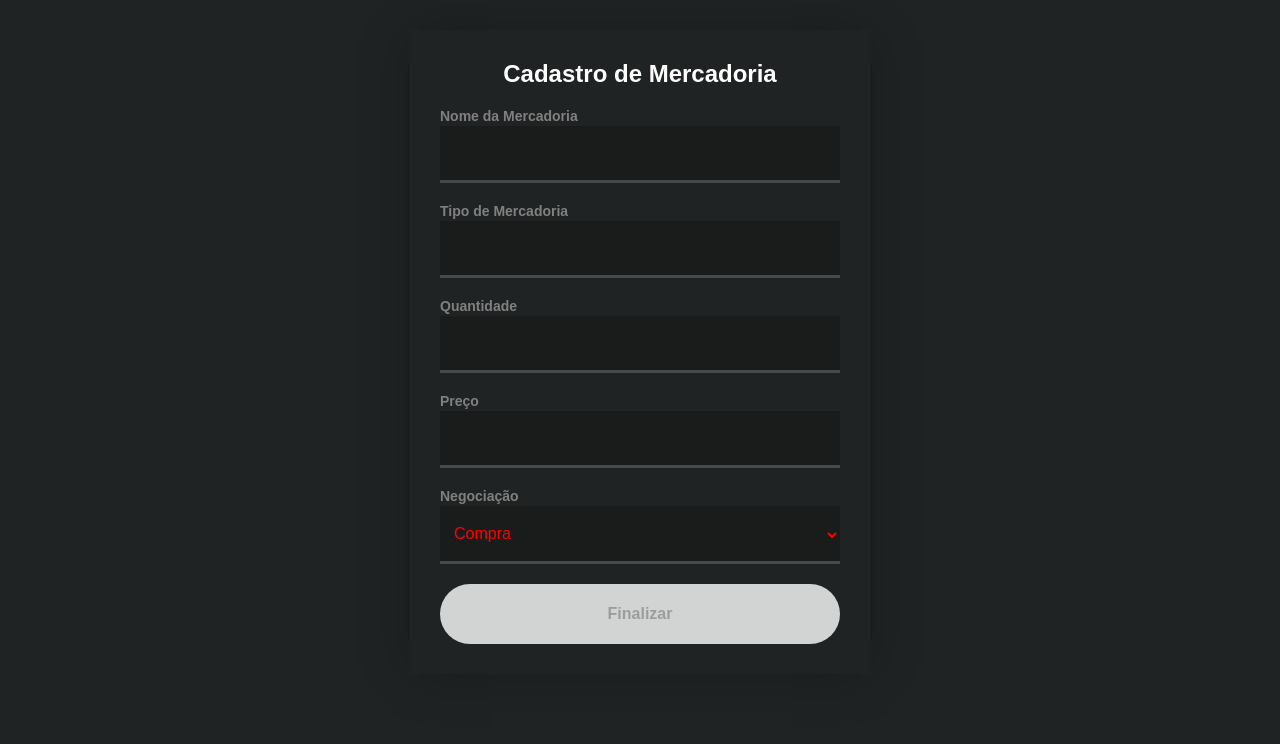
Repository: felipedischer/valemobi
Page: http://localhost/Valemobi/
An editor plug-in stored every save of this project. The page is shown before and after the next save, followed by the edit.
The browser window is 1280 px wide. The pictures show the whole page.
The page is served by Tomcat 9.

Above is the page before, as saved 2016-09-28 04:10:38.

After the next save:
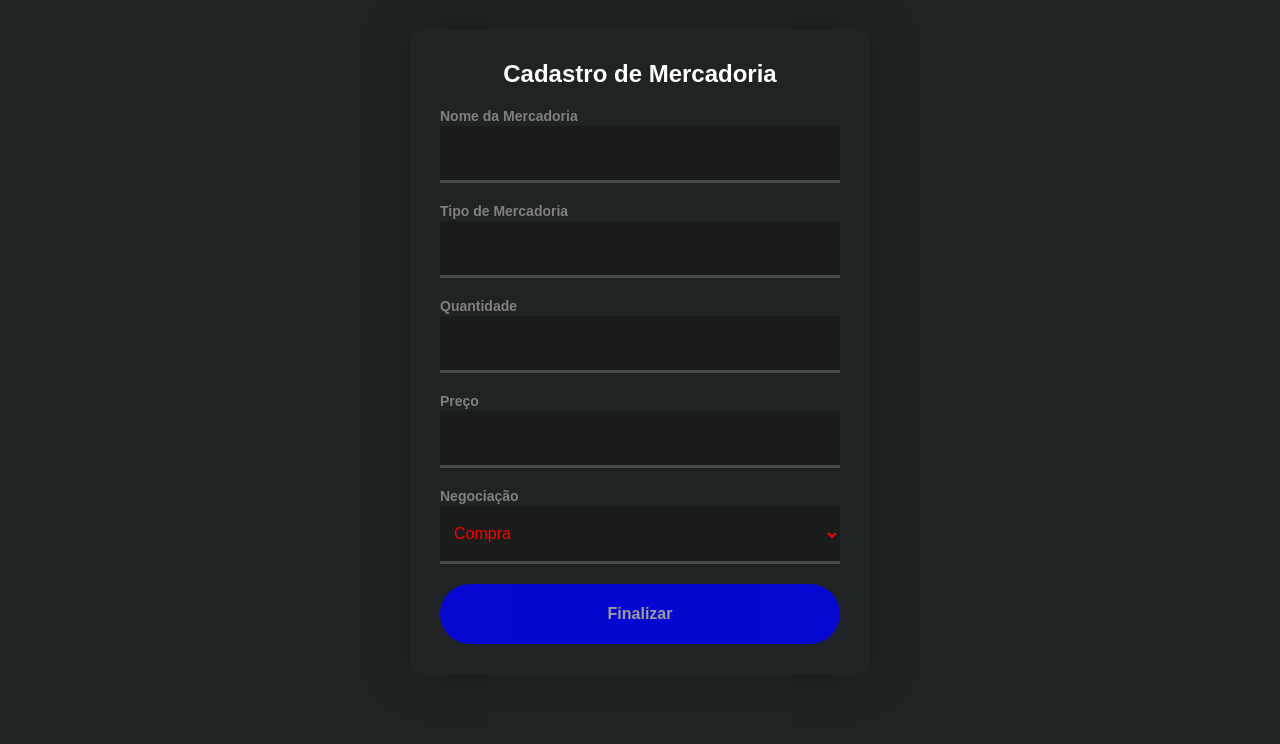
Saved 62 s later.
--- a/Valemobi/WebContent/estilo/css/estilo.css
+++ b/Valemobi/WebContent/estilo/css/estilo.css
@@ -81,12 +81,12 @@
 	border: none;
 	font-weight: bold;
 	font-size: 16px;
-	background: white;
+	background: blue;
 	opacity: 0.8;
 	transition: all 1s cubic-bezier(0.19,1,0.22,1);
 }
 .btn:hover{
-	opacity: 40;
+	opacity: 1;
 
 }
 form > .btn{

After the save that followed:
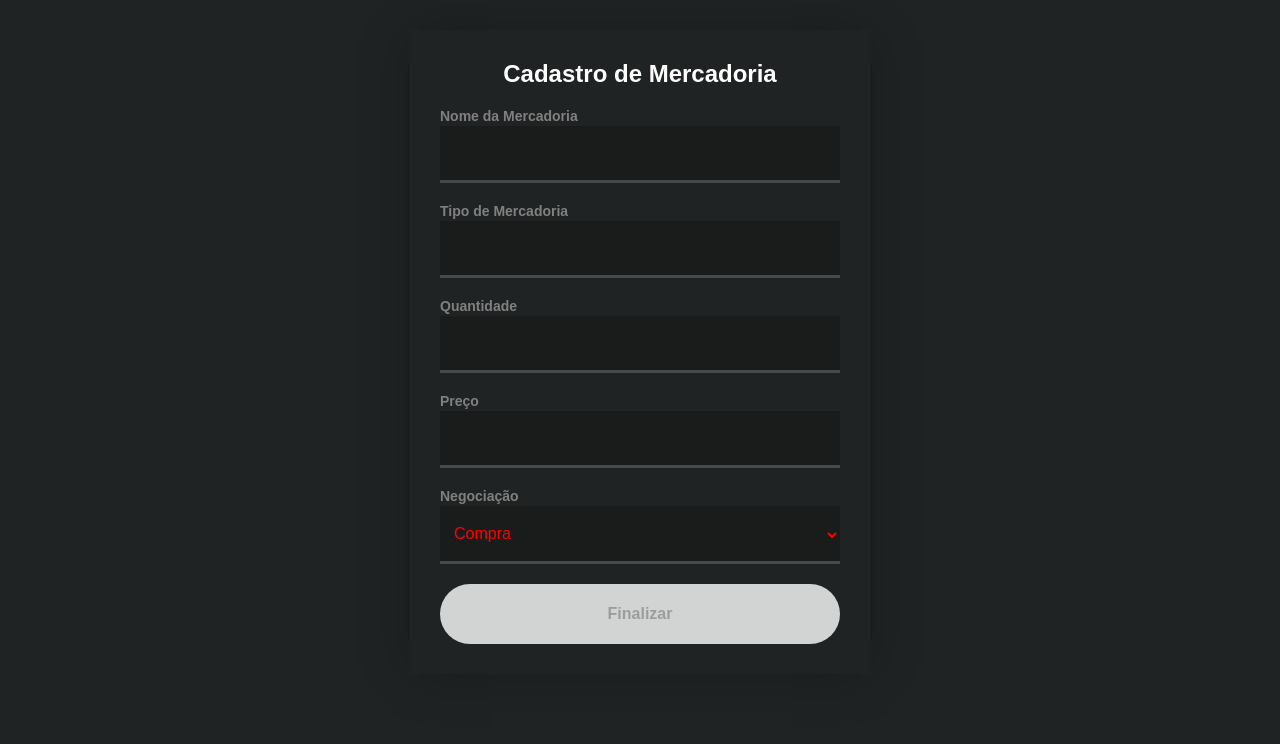
Saved 22 s later.
--- a/Valemobi/WebContent/estilo/css/estilo.css
+++ b/Valemobi/WebContent/estilo/css/estilo.css
@@ -81,7 +81,7 @@
 	border: none;
 	font-weight: bold;
 	font-size: 16px;
-	background: blue;
+	background: white;
 	opacity: 0.8;
 	transition: all 1s cubic-bezier(0.19,1,0.22,1);
 }
